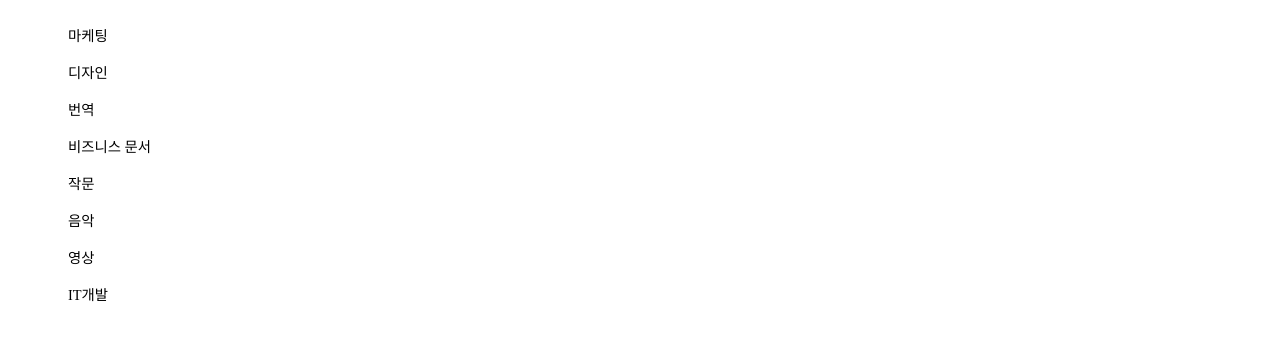
Repository: Gotaemin/java
Page: http://localhost/BBS/test/NewFile1.jsp
An editor plug-in stored every save of this project. The page is shown before and after the next save, followed by the edit.
The browser window is 1280 px wide. The pictures show the whole page.
The page is served by Tomcat 9. Other server files are loaded and not shown.

Above is the page before, as saved 2020-03-19 05:33:32.

### BBS/BBS/WebContent/test/NewFile1.jsp
<%@ page language="java" contentType="text/html; charset=UTF-8"
	pageEncoding="UTF-8"%>
<!DOCTYPE html>
<html>
<head>
<meta charset="UTF-8">
<title>Insert title here</title>

<style type="text/css">



.filter_content ul li:hover {
	color: royalblue;
	font-weight: bold;
	background: #eee;
}

.filter_content ul li:hover {
	cursor: pointer;
}

.filter_content div::-webkit-scrollbar-thumb:hover {
    background: #555;
}

.filter_content ul li {
    list-style: none;
    font-size: 0.9em;
    padding: 8px 20px;
}
</style>

</head>
<body>

	<div class="filter_content">
		<div class="w3-col m3">
			<ul class="language">
				<li>마케팅</li>
				<li>디자인</li>
				<li>번역</li>
				<li>비즈니스 문서</li>
				<li>작문</li>
				<li>음악</li>
				<li>영상</li>
				<li>IT개발</li>
			</ul>
		</div>
	</div>
</body>
</html>

After the next save:
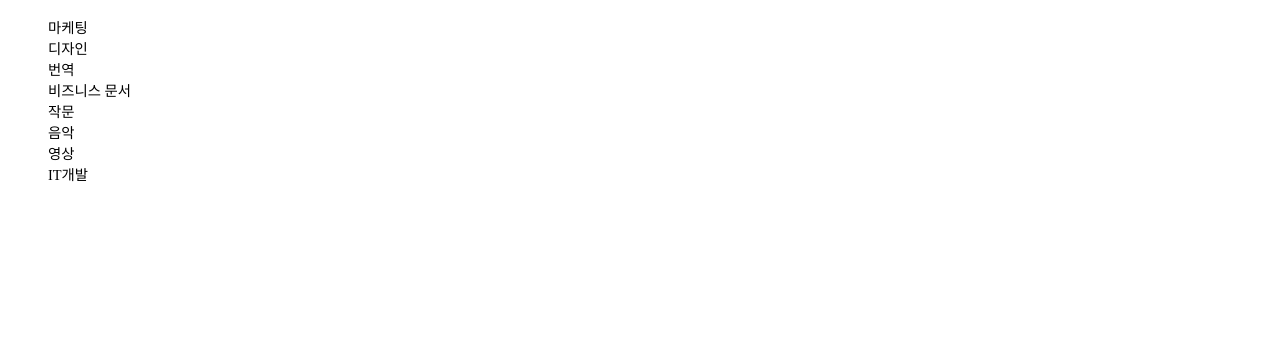
Saved 8 s later.
--- a/BBS/BBS/WebContent/test/NewFile1.jsp
+++ b/BBS/BBS/WebContent/test/NewFile1.jsp
@@ -27,7 +27,7 @@
 .filter_content ul li {
     list-style: none;
     font-size: 0.9em;
-    padding: 8px 20px;
+/*     padding: 8px 20px; */
 }
 </style>
 

After the save that followed:
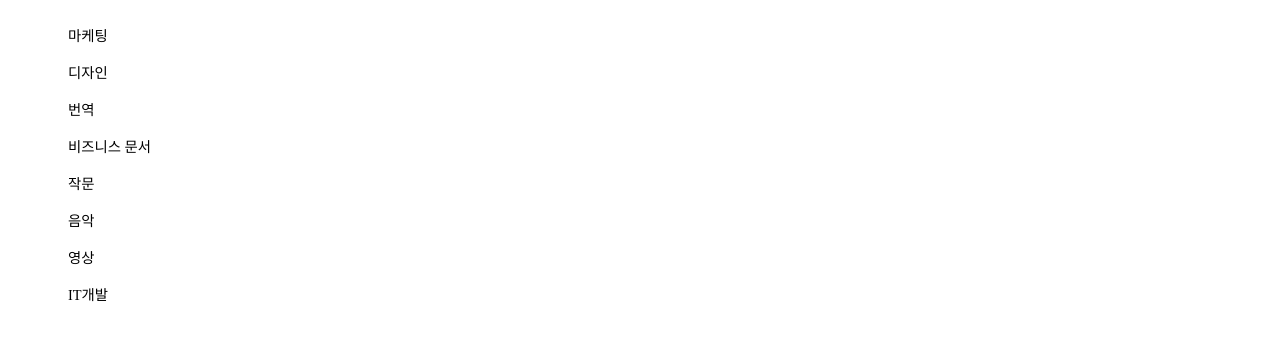
Saved 6 s later.
--- a/BBS/BBS/WebContent/test/NewFile1.jsp
+++ b/BBS/BBS/WebContent/test/NewFile1.jsp
@@ -27,7 +27,7 @@
 .filter_content ul li {
     list-style: none;
     font-size: 0.9em;
-/*     padding: 8px 20px; */
+    padding: 8px 20px;
 }
 </style>
 
